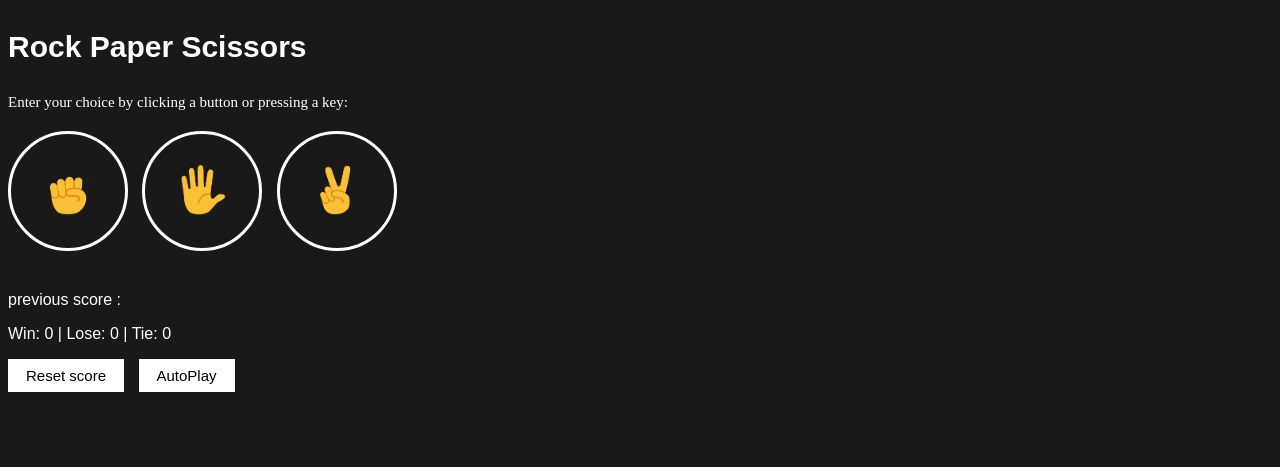
Repository: Gaurav124937/javascript
Page: html/08-rock-paper-scissors-evetlistner.html
An editor plug-in stored every save of this project. The page is shown before and after a run of saves, followed by the edit.
The browser window is 1280 px wide. The pictures show the whole page.

Above is the page before, as saved 2026-04-06 21:37:20.

### html/08-rock-paper-scissors-evetlistner.html
<!DOCTYPE html>
<html lang="en">

<head>
    <meta charset="UTF-8">
    <meta name="viewport" content="width=device-width, initial-scale=1.0">
    <title>Document</title>
    <link rel="stylesheet" href="../css/rock-paper-scisssor-autoplay.css">
</head>



<body>
    <p class="title">Rock Paper Scissors</p>
    <p class="instructions">Enter your choice by clicking a button or pressing a key:</p>
    <button  class="game-button rock-button">
        <img src="../images/rock-emoji.png" class="button-emoji"></button>
    <button  class="game-button paper-button">
        <img src="../images/paper-emoji.png" class="button-emoji"></button>
    <button  class="game-button scissors-button">
        <img src="../images/scissors-emoji.png" class="button-emoji"></button>
    <p class="displayresult"></p>
    <p class="choices"></p>
    <p class="js-previous-score previous"> previous score :</p>
    <p class="score-display"></p>
    <button onclick="resetScore() " class="reset-score">Reset score</button>
    <button onclick="autoPlay()" class="auto-play-button">AutoPlay</button>
    <script src="../js/rock-paper-scisssor-autoplay-eventlistner.js"></script>
</body>


</html>

### css/rock-paper-scisssor-autoplay.css
body {
    font-family: Arial, sans-serif;
    color: white;
    background-color: rgb(25, 25, 25);
}

.title {
    font-size: 30px;
    font-weight: bold;
    margin-bottom: 30px;
}

.game-button {
    width: 120px;
    height: 120px;
    border-radius: 90px;
    background-color: rgb(25, 25, 25);
    border: 3px solid white;
    margin-right: 10px;
    cursor: pointer;
}

.button-emoji {
    width: 50px;
}

.result-display {
    font-size: 25px;
    font-weight: bold;
    margin-top: 50px;
}

.choice-display {
    font-size: 15px;
    margin-top: 20px;
    vertical-align: top;
}

.previous {
    margin-top: 40px;
}

.reset-score {
    padding: 8px 18px;
    font-size: 15px;
    background-color: white;
    color: black;
    border: none;
    cursor: pointer;
}

.auto-play-button {
    padding: 8px 18px;
    font-size: 15px;
    background-color: white;
    color: black;
    border: none;
    cursor: pointer;
    margin-left: 10px;
}

.instructions {
    font-size: 15px;
    margin-bottom: 20px;
    font-family: 'Times New Roman', Times, serif;
}

### js/rock-paper-scisssor-autoplay-eventlistner.js
const score = localStorage.getItem('score') ? JSON.parse(localStorage.getItem('score')) : { win: 0, lose: 0, tie: 0 };

updateScoreElement();

//function to play the game

function ComputerChoice() {
    let randomNumber = Math.random();
    let ComputerChoice = '';
    if (randomNumber > 0 && randomNumber < 1 / 3) {
        ComputerChoice = 'rock';
    } else if (randomNumber > 1 / 3 && randomNumber < 2 / 3) {
        ComputerChoice = 'paper';
    } else {
        ComputerChoice = 'scissors';
    }
    return ComputerChoice;
}


    //main game function
        document.querySelector('.rock-button').addEventListener('click', () => playGame('rock'));
        document.querySelector('.paper-button').addEventListener('click', () => playGame('paper'));
        document.querySelector('.scissors-button').addEventListener('click', () => playGame('scissors'));


        document.body.addEventListener('keydown', (event) => {
            if (event.key === 'r' || event.key === 'R') {
                playGame('rock');
            } else if (event.key === 'p' || event.key === 'P') {
                playGame('paper');
            } else if (event.key === 's' || event.key === 'S') {
                playGame('scissors');
            }
        });



function playGame(playerChoice) {
    document.querySelector('.js-previous-score').innerHTML = '';


    let returnedComputerChoice = ComputerChoice();

    //function to compare choices and determine result
    function copmarison() {
        let result = '';
        if (playerChoice === returnedComputerChoice) {
            score.tie++;
            result = 'Tie';
        } else if (
            (playerChoice === 'rock' && returnedComputerChoice === 'scissors') ||
            (playerChoice === 'paper' && returnedComputerChoice === 'rock') ||
            (playerChoice === 'scissors' && returnedComputerChoice === 'paper')
        ) {
            score.win++;
            result = "You win.";
        } else {
            score.lose++;
            result = "You lose.";
        }
        //store score in local storage
        localStorage.setItem('score', JSON.stringify(score));
        return result;
    }




    //display results on the webpage
    const resultElement = document.querySelector('.displayresult');
    resultElement.innerText = copmarison();
    resultElement.classList.add('result-display');


    //display choices
    const choiceElement = document.querySelector('.choices');

    choiceElement.innerHTML = `You chose: <img src="../images/${playerChoice}-emoji.png" class="button-emoji"> | Computer chose: <img src="../images/${returnedComputerChoice}-emoji.png" class="button-emoji">`;
    choiceElement.classList.add('choice-display');

    //display score
    updateScoreElement();



}
//function to reset score
function resetScore() {
    score.win = 0;
    score.lose = 0;
    score.tie = 0;
    localStorage.removeItem('score');
    alert(`Scores have been reset.`);
    updateScoreElement();
    document.querySelector('.choices').innerText = '';
    document.querySelector('.displayresult').innerText = '';

}

function updateScoreElement() {
    document.querySelector('.score-display').innerText = `Win: ${score.win} | Lose: ${score.lose} | Tie: ${score.tie}`;
}


let isAutoPlaying = false;
let autoPlayInterval;
function autoPlay() {
    if(!isAutoPlaying){
        autoPlayInterval = setInterval(function(){
        let playerMove=ComputerChoice();
        playGame(playerMove);
    }, 1000);
    isAutoPlaying=true;
    }
    else{
        clearInterval(autoPlayInterval);
        isAutoPlaying=false;
    }
}

After the next 2 saves:
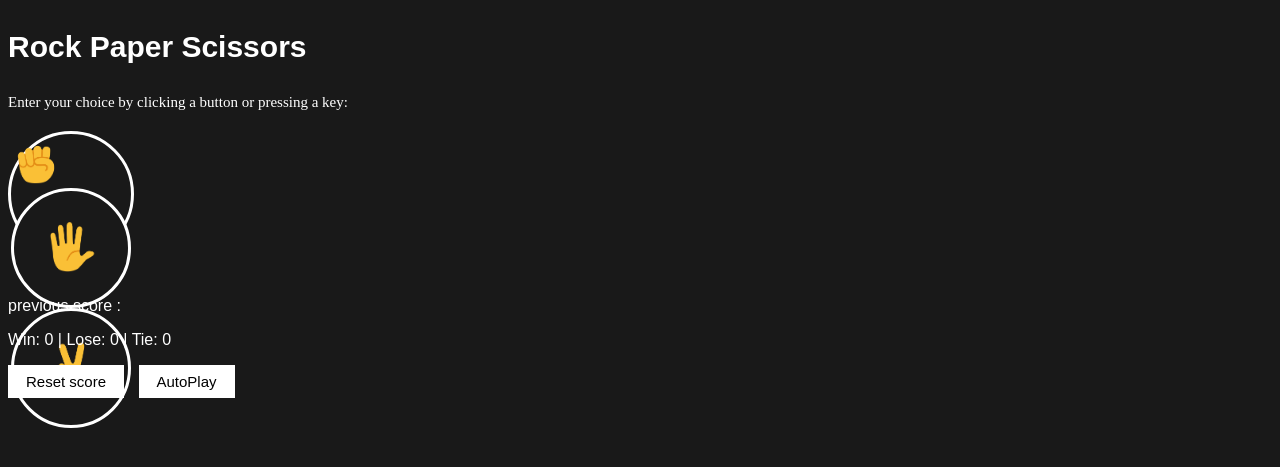
The 2 saves are shown as one change because they came seconds apart.
The last was saved 15 s later.
--- a/html/08-rock-paper-scissors-evetlistner.html
+++ b/html/08-rock-paper-scissors-evetlistner.html
@@ -13,6 +13,7 @@
 <body>
     <p class="title">Rock Paper Scissors</p>
     <p class="instructions">Enter your choice by clicking a button or pressing a key:</p>
+    <p
     <button  class="game-button rock-button">
         <img src="../images/rock-emoji.png" class="button-emoji"></button>
     <button  class="game-button paper-button">

After the save that followed:
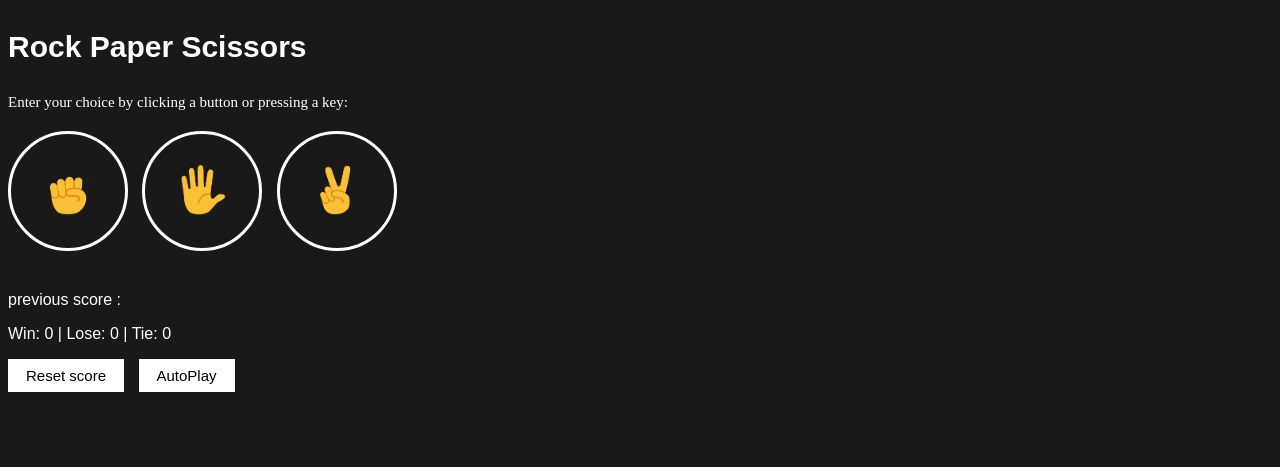
Saved 7 s later.
--- a/html/08-rock-paper-scissors-evetlistner.html
+++ b/html/08-rock-paper-scissors-evetlistner.html
@@ -13,7 +13,7 @@
 <body>
     <p class="title">Rock Paper Scissors</p>
     <p class="instructions">Enter your choice by clicking a button or pressing a key:</p>
-    <p
+    <p></p>
     <button  class="game-button rock-button">
         <img src="../images/rock-emoji.png" class="button-emoji"></button>
     <button  class="game-button paper-button">
